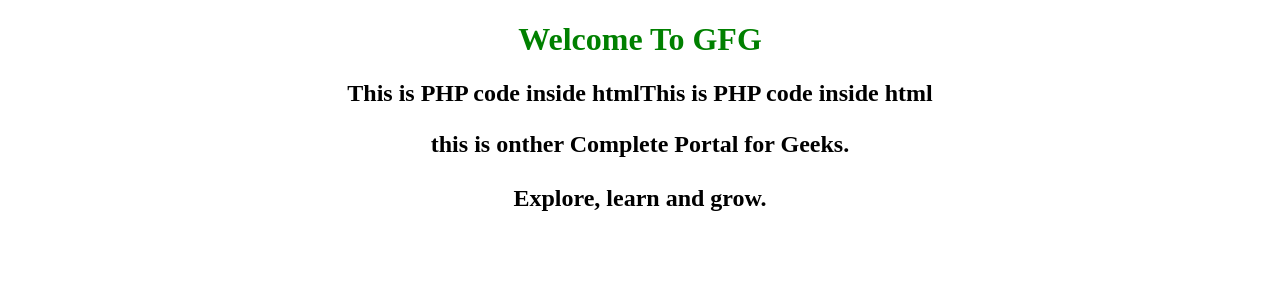
Repository: Akhilanishith/phpprojectgh
Page: http://localhost/example1.php
These files come from the project's save history. The page is drawn as it stood at one moment and after the next save; the edit follows.
The browser window is 1280 px wide. The pictures show the whole page.
The page is run by PHP 8.4 with error messages shown; the project is at /var/www/html/.

Above is the page before, as saved 2022-12-14 11:10:55.

After the next save:
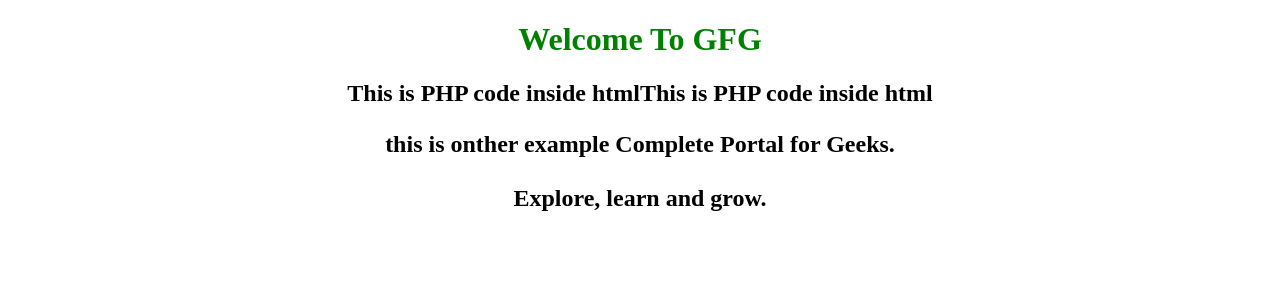
Saved 5 s later.
--- a/example1.php
+++ b/example1.php
@@ -22,7 +22,7 @@
             ?>
 
         <p>
-            <hi>this is onther </hi>
+            <hi>this is onther example</hi>
 <?php
 echo "Complete <strong>Portal</strong> for Geeks."
 ?>
